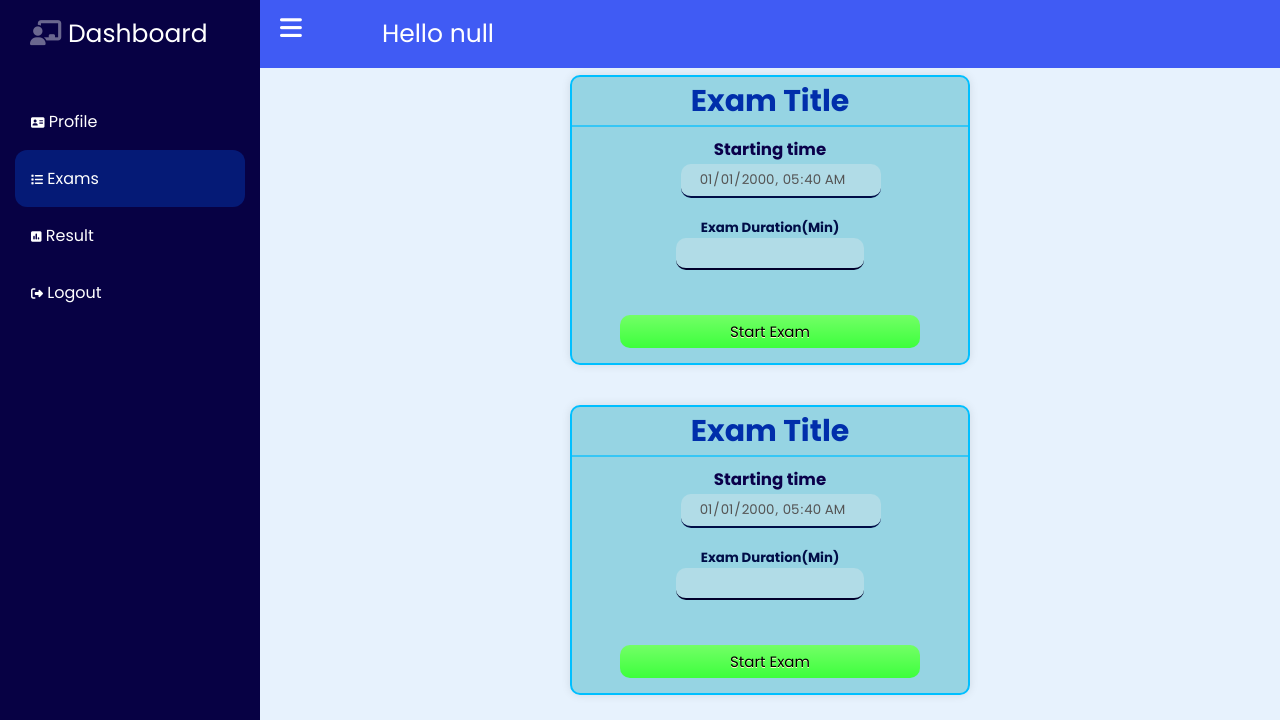
Repository: Buddhadip/ExamPortalApp_struts
Page: http://localhost/ExamWizard/WEB-INF/views/studentExams.jsp
An editor plug-in stored every save of this project. The page is shown before and after the next save, followed by the edit.
The browser window is 1280 px wide. The pictures show the whole page.
An inner scrolling area shows only its first screen. The page is served by Tomcat 9. Nobody is signed in. The template is opened directly, without the code that normally fills it, so the values that code supplies are empty.

Above is the page before, as saved 2023-07-19 09:47:38.

After the next save:
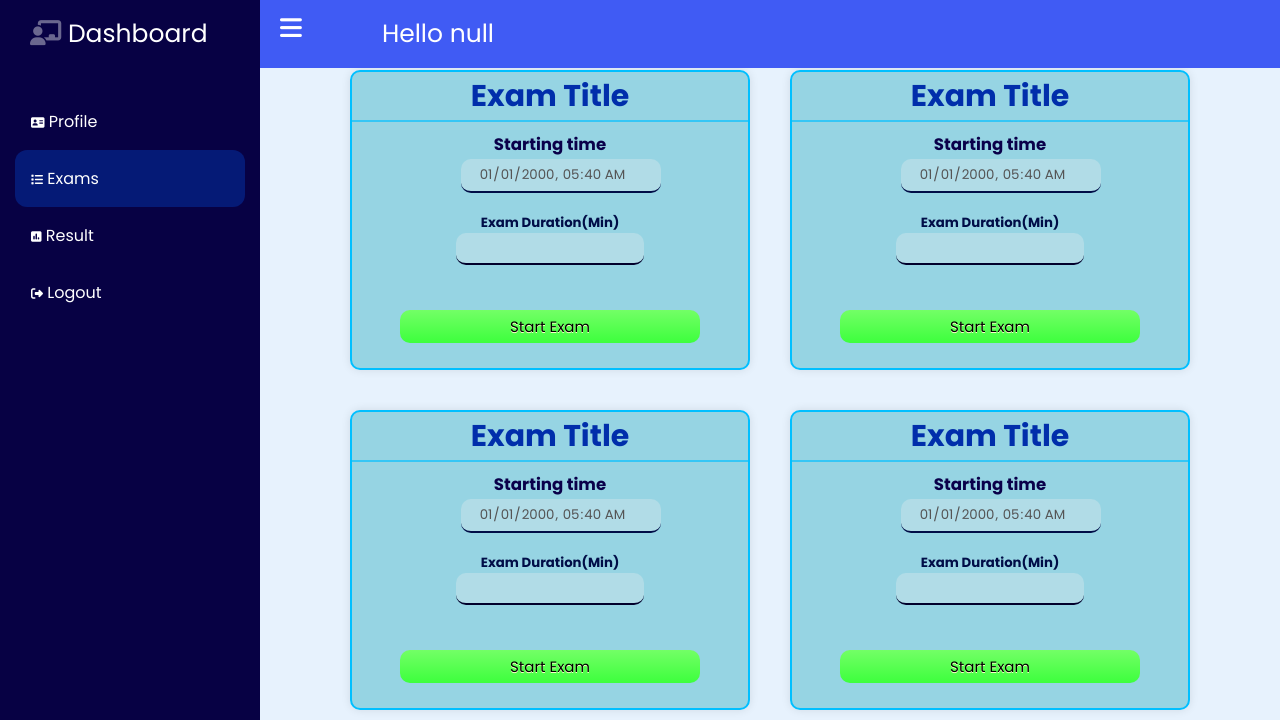
Saved 42 s later.
--- a/ExamWizard/src/main/webapp/public/styles/studentHome.css
+++ b/ExamWizard/src/main/webapp/public/styles/studentHome.css
@@ -134,7 +134,7 @@ body{
   z-index: 100;
   overflow-y:scroll;
   background: #e7f2fd;
-  flex-direction:column;
+  flex-wrap:wrap;
   padding-top:50px;
 }
 .main h1 {
